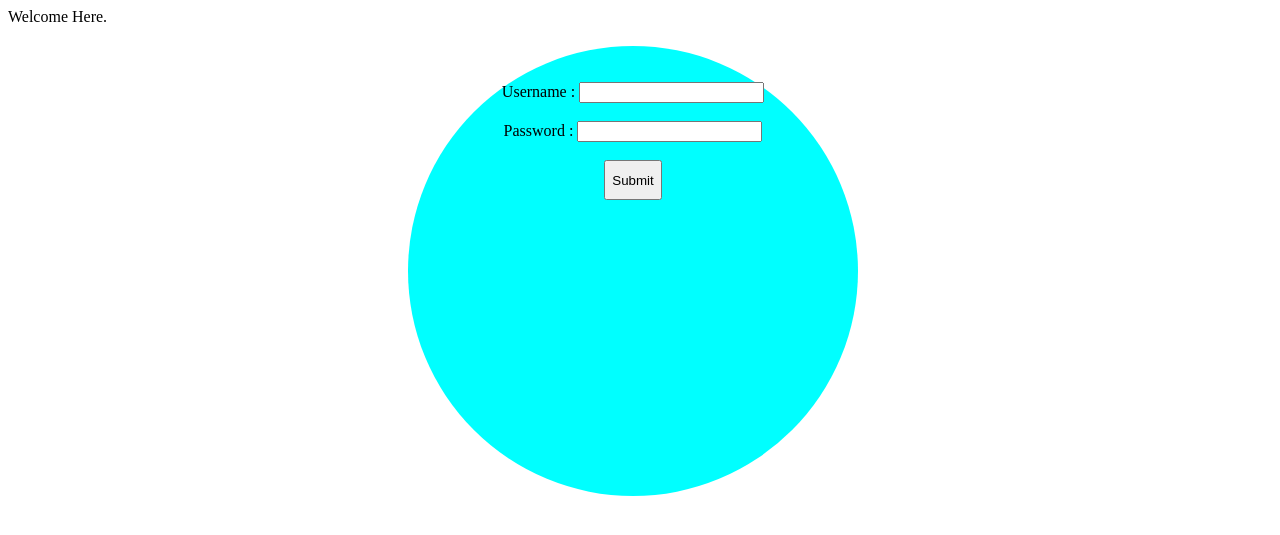
Repository: sunil965/JavaRepo
Page: WebProject/WebContent/index.html
An editor plug-in stored every save of this project. The page is shown before and after the next save, followed by the edit.
The browser window is 1280 px wide. The pictures show the whole page.

Above is the page before, as saved 2017-04-26 11:31:10.

### WebProject/WebContent/index.html
<!DOCTYPE html>
<html>
<head>
<meta charset="UTF-8">
<title>Insert title here</title>
</head>
<style>
.div{
   border: 5px solid d #a6e2e2;
   height: 450px;
   width: 450px;
   border-radius: 500px;
   background-color: cyan;
   margin-left: 400px;
   margin-top: 20px;

}
</style>
<body>

<div><hi>Welcome Here.</hi></div>

<div class="div">
<center><br><br>

<form action="LoginServlet" method="get" style="height: 231px; ">
Username : <input type="text" id="name"><br><br>
Password : <input type="password" id="name"><br><br>
<input type="submit" style="height: 40px; ">
</form>
</center>
</div>


</body>
</html>

After the next save:
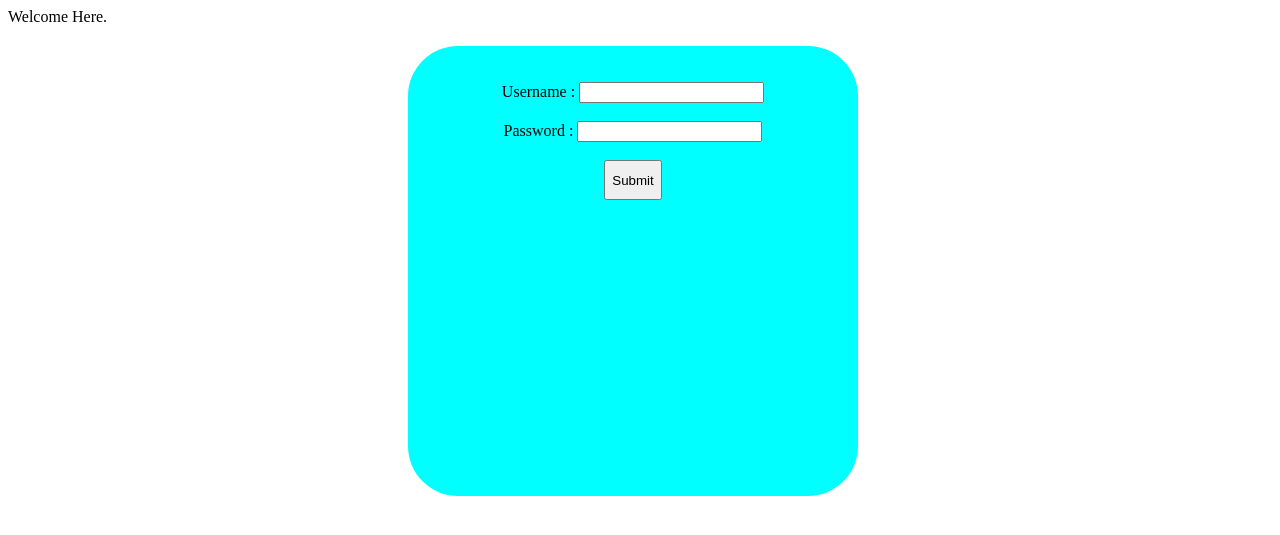
Saved 16 s later.
--- a/WebProject/WebContent/index.html
+++ b/WebProject/WebContent/index.html
@@ -9,7 +9,7 @@
    border: 5px solid d #a6e2e2;
    height: 450px;
    width: 450px;
-   border-radius: 500px;
+   border-radius: 50px;
    background-color: cyan;
    margin-left: 400px;
    margin-top: 20px;
